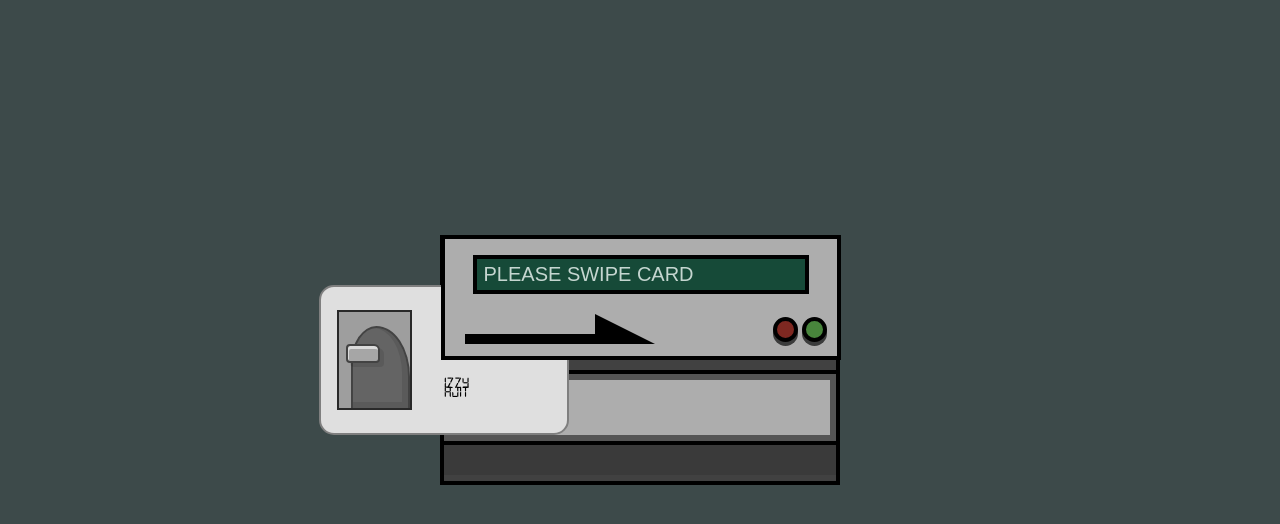
Repository: Aaquib111/Aaquib111.github.io
Page: treasure-page.html
An editor plug-in stored every save of this project. The page is shown before and after the next save, followed by the edit.
The browser window is 1280 px wide. The pictures show the whole page.
Pictures or frames that could not be fetched are drawn as grey boxes.

Above is the page before, as saved 2021-05-20 20:29:12.

### treasure-page.html
<!DOCTYPE html>
<!--[if lt IE 7]>      <html class="no-js lt-ie9 lt-ie8 lt-ie7"> <![endif]-->
<!--[if IE 7]>         <html class="no-js lt-ie9 lt-ie8"> <![endif]-->
<!--[if IE 8]>         <html class="no-js lt-ie9"> <![endif]-->
<!--[if gt IE 8]>      <html class="no-js"> <!--<![endif]-->
<html>
    <head>
        <meta charset="utf-8">
        <meta http-equiv="X-UA-Compatible" content="IE=edge">
        <title>Are you sure you're Isabel?</title>
        <meta name="description" content="">
        <meta name="viewport" content="width=device-width, initial-scale=1">
        <link rel="stylesheet" href="css\swipe.css">
    </head>
    <body>
        <div id="wrapper">
            <div id="reader" data-status="">
              <div class="top">
                <div class="screen">
                  <div id="message"></div>
                </div>
                <div class="lights">
                  <div class="light red"></div>
                  <div class="light green"></div>
                </div>
              </div>
              <div id="card">
                <div id="photo"></div>
                <div id="name"><p>Izzy Ajit</p></div>
              </div>
              <div class="bottom"></div>
            </div>
          </div>

          <script src="js\swipe.js"></script>
    </body>
</html>

### css/swipe.css
* {
    box-sizing: border-box;
  }

  html,
  body {
    height: 100%;
  }

  body {
    width: 100vw;
    margin: 0;
    display: flex;
    justify-content: center;
    align-items: center;
    overflow: hidden;
  }

  #wrapper {
    position: relative;
    width: 400px;
    height: 250px;
  }

  #reader {
    width: 100%;
    height: 400px;
  }

  #reader .top {
    position: relative;
    width: 100%;
    height: 125px;
    z-index: 100;
  }

  #reader .bottom {
    width: 100%;
    height: 75px;
  }

  #reader .lights {
    position: absolute;
    right: 10px;
    bottom: 10px;
  }

  .light {
    display: inline-block;
    width: 25px;
    height: 25px;
  }

  #card {
    display: flex;
    justify-content: flex-start;
    align-items: center;
    position: absolute;
    margin-top: -75px;
    width: 250px;
    height: 150px;
    transform: translateX(-125px);
  }

  #card.slide {
    transition: transform 1s;
  }

  body {
    background-color: #3d4a4a;
  }

  #wrapper {
    background-color: #414141;
    border: 4px solid #000;
  }

  #reader .top,
  #reader .bottom {
    background-color: #adadad;
    border: 4px solid #000;
  }

  #reader .top {
    width: calc(100% + 8px);
    padding: 16px;
    margin: -4px 0 0 -3px;
  }

  #reader .top:before {
    content: "";
    position: absolute;
    left: 20px;
    bottom: 12px;
    width: 140px;
    height: 10px;
    background-color: #000;
  }

  #reader .top:after {
    content: "";
    position: absolute;
    left: 150px;
    bottom: 12px;
    width: 0;
    height: 0;
    border-bottom: 30px solid #000;
    border-right: 60px solid transparent;
  }

  #reader .bottom {
    width: calc(100% + 8px);
    margin: 10px 0 0 -4px;
    border-top-left-radius: 30px;
    box-shadow: inset -6px -6px #555555,
                inset 6px 6px #555555,
                0 30px rgba(0, 0, 0, 0.1);
  }

  #reader .screen {
    border: 4px solid #000;
    padding: 4px;
    margin: 0 12px;
    background-color: #164a38;
  }

  #message {
    font-family: 'DSEG14Classic', sans-serif;
    font-size: 20px;
    color: #c5d6d0;
    text-transform: uppercase;
    animation: jitter 3s infinite steps(2);
  }

  #message:after {
    content: "Please swipe card";
  }

  [data-status="invalid"] #message:after {
    content: "Bad read. Try again.";
  }

  [data-status="slow"] #message:after {
    content: "Too slow. Try again.";
  }

  [data-status="fast"] #message:after {
    content: "Too fast. Try again.";
  }

  [data-status="valid"] #message:after {
    content: "Accepted. Thank you.";
  }

  .light {
    border: 4px solid #000;
    border-radius: 50%;
    box-shadow: 0 4px #555555;
    filter: saturate(0.6) brightness(0.7);
  }

  .red {
    background-color: #f52818;
  }

  .green {
    background-color: #3dd022;
  }

  [data-status="invalid"] .red,
  [data-status="slow"] .red,
  [data-status="fast"] .red,
  [data-status="valid"] .green {
    filter: none;
  }

  #card {
    background-color: #dfdfdf;
    border: 2px solid #7f7f7f;
    border-radius: 15px;
    cursor: grab;
  }

  #photo {
    position: relative;
    width: 75px;
    height: 100px;
    background-color: #aeaeae;
    background-image: url("http://previews.123rf.com/images/daryl22996/daryl229961507/daryl22996150704269/43425513-Barnstaple-Saturday-18th-July-2015-Pliton-Green-man-festival-Stock-Photo.jpg");
    border: 2px solid #292929;
    margin-left: 16px;
    overflow: hidden;
    pointer-events: none;
  }

  #photo:before {
    content: "";
    position: absolute;
    right: 0;
    bottom: 0;
    width: 55px;
    height: 80px;
    background-color: #646464;
    border: 2px solid #434343;
    border-bottom-width: 0;
    border-radius: 30px 40px 5px 10px / 45px 60px 0 0;
    box-shadow: inset -3px -3px 0 3px rgba(0, 0, 0, 0.1);
  }

  #photo:after {
    content: "";
    position: absolute;
    right: 30px;
    bottom: 45px;
    width: 30px;
    height: 15px;
    background-color: #a6a6a6;
    border: 2px solid #434343;
    border-radius: 4px 6px 4px 4px;
    box-shadow: inset 1px 3px 0 rgba(255, 255, 255, 0.6),
                4px 4px 0 rgba(0, 0, 0, 0.1);
  }
  @font-face {
    font-family: 'digital';
    src: url('fonts/digital-7.ttf'),
  }
  #name{
    position: relative;
    width: 50px;
    height: 0px;
    content: "name";
    margin-left: 32px;
    font-family: 'digital';
  }


  @keyframes jitter {
    from {
      transform: translateX(0);
    }
    to {
      transform: translateX(5px);
    }
  }

### js/swipe.js
const card = document.getElementById('card');
const reader = document.getElementById('reader');
let active = false;
let initialX;
let timeStart, timeEnd;
const soundAccepted = new Audio('https://thomaspark.co/projects/among-us-card-swipe/audio/CardAccepted.mp3');
const soundDenied = new Audio('https://thomaspark.co/projects/among-us-card-swipe/audio/CardDenied.mp3');

document.addEventListener('mousedown', dragStart);
document.addEventListener('mouseup', dragEnd);
document.addEventListener('mousemove', drag);
document.addEventListener('touchstart', dragStart);
document.addEventListener('touchend', dragEnd);
document.addEventListener('touchmove', drag);

function dragStart(e) {
  if (e.target !== card) return;

  if (e.type === 'touchstart') {
    initialX = e.touches[0].clientX;
  } else {
    initialX = e.clientX;
  }

  timeStart = performance.now();
  card.classList.remove('slide');
  active = true;
}

function dragEnd(e) {
  if (!active) return;

  e.preventDefault();
  let x;
  let status;

  if (e.type === 'touchend') {
    x = e.touches[0].clientX - initialX;
  } else {
    x = e.clientX - initialX;
  }

  if (x < reader.offsetWidth) {
    status = 'invalid';
  }

  timeEnd = performance.now();
  card.classList.add('slide');
  active = false;

  setTranslate(0);
  setStatus(status);
}

function drag(e) {
  if (!active) return;

  e.preventDefault();
  let x;

  if (e.type === 'touchmove') {
    x = e.touches[0].clientX - initialX;
  } else {
    x = e.clientX - initialX;
  }

  setTranslate(x);
}

function setTranslate(x) {
  if (x < 0) {
    x = 0;
  } else if (x > reader.offsetWidth) {
    x = reader.offsetWidth;
  }

  x -= (card.offsetWidth / 2);

  card.style.transform = 'translateX(' + x + 'px)';
}

function setStatus(status) {
  if (typeof status === 'undefined') {
    let duration = timeEnd - timeStart;

    if (duration > 700) {
      status = 'slow';
    } else if (duration < 400) {
      status = 'fast';
    } else {
      status = 'valid';
    }
  }

  reader.dataset.status = status;
  playAudio(status);
}

function playAudio(status) {
  soundDenied.pause();
  soundAccepted.pause();
  soundDenied.currentTime = 0;
  soundAccepted.currentTime = 0;

  if (status === 'valid') {
    soundAccepted.play();
    setTimeout(() => {  redirect(); }, 1000);
  } else {
    soundDenied.play();
  }
}

function redirect(){
    window.location.replace("confetti-preloader.html");
}

After the next save:
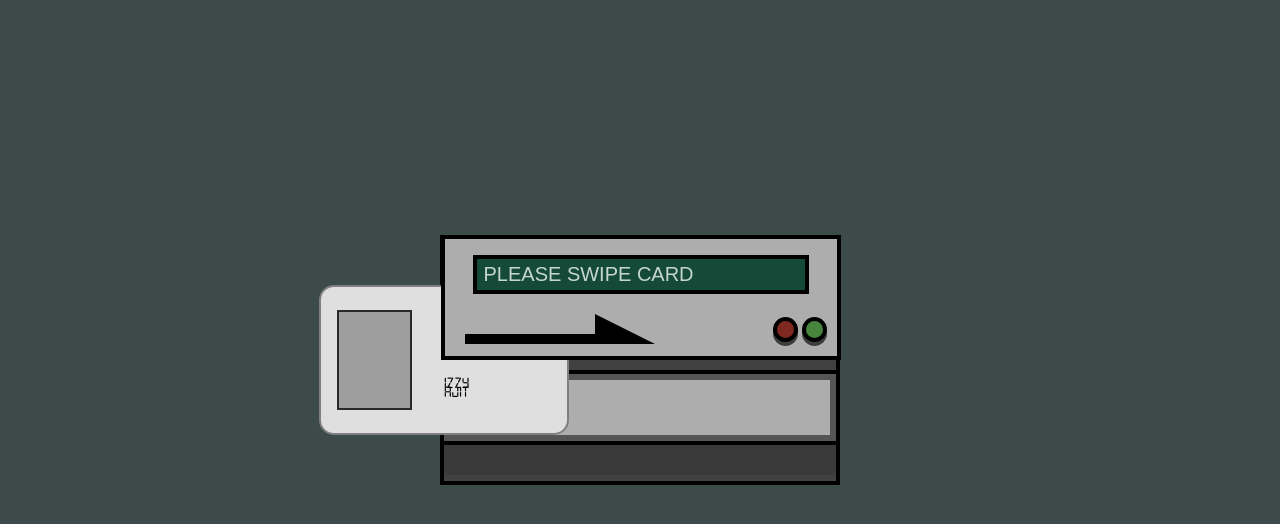
Saved 97 s later.
--- a/css/swipe.css
+++ b/css/swipe.css
@@ -194,7 +194,7 @@
   }
 
   #photo:before {
-    content: "";
+
     position: absolute;
     right: 0;
     bottom: 0;
@@ -208,7 +208,7 @@
   }
 
   #photo:after {
-    content: "";
+
     position: absolute;
     right: 30px;
     bottom: 45px;
